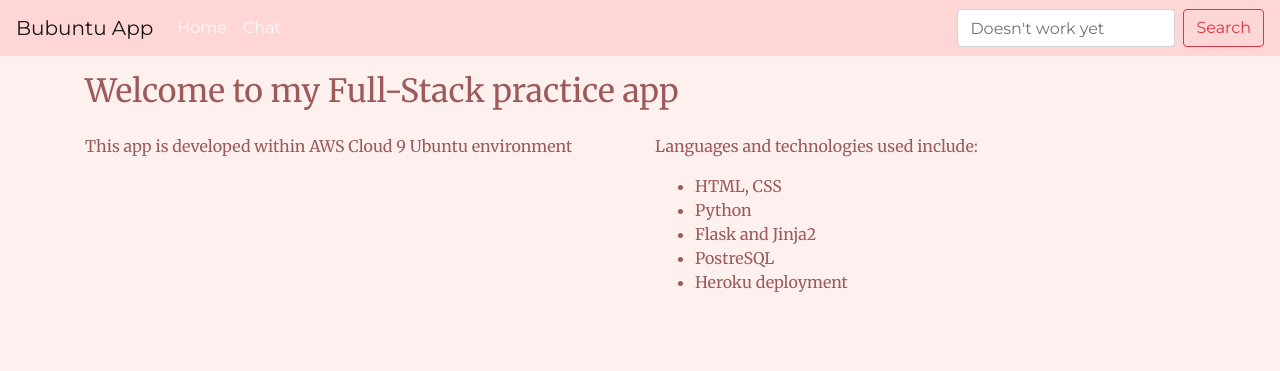
Repository: TanglingTreats/bubuntu-app
Page: templates/index.html
The author's editor kept a record of every edit. The page is drawn from the files as they stood at one moment, then again after the next edit.
The browser window is 1280 px wide. The pictures show the whole page.
The template is drawn by Flask 3. The application's start-up code is not run. The template is opened directly, without the code that normally fills it, so the values that code supplies are empty.

Above is the page before.

After the next edit:
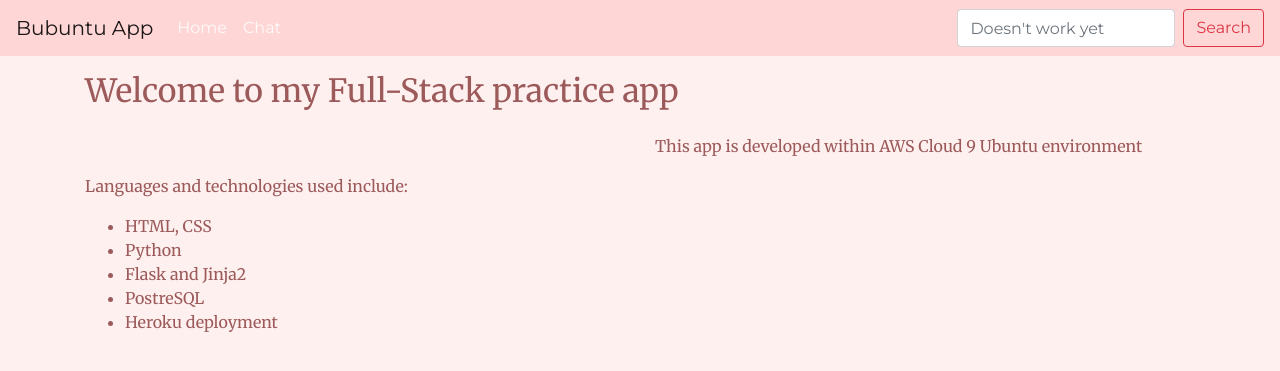
The edit:
--- a/templates/index.html
+++ b/templates/index.html
@@ -6,6 +6,8 @@
   <div class="col-sm-6">
     <p>This app is developed within AWS Cloud 9 Ubuntu environment</p>
   </div>
+</div>
+<div class="row d-flex">
   <div class="col-sm-6">
     <p>Languages and technologies used include:</p>
     <ul>
